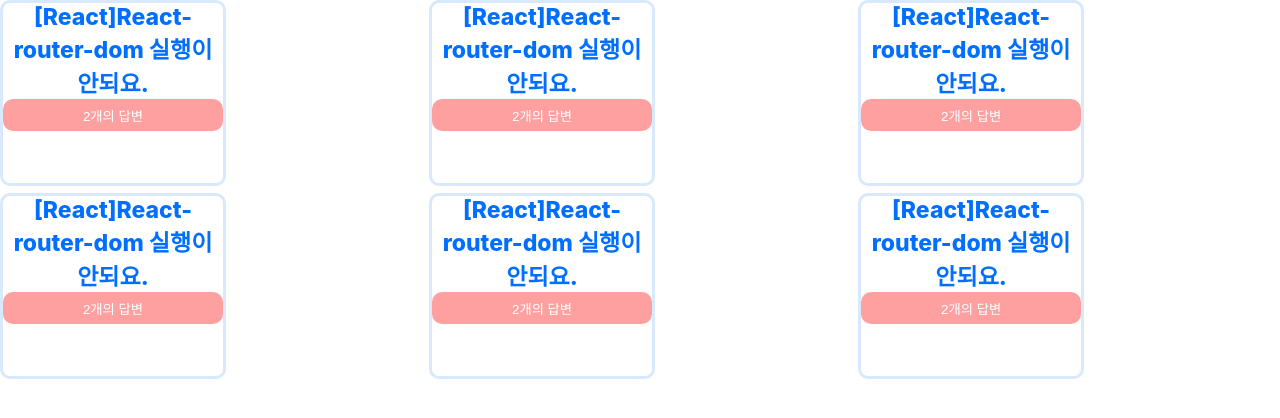
Repository: TeamCosine/Front
Page: /Qna
These files come from the project's save history. The page is drawn as it stood at one moment and after the next save; the edit follows.
The browser window is 1280 px wide. The pictures show the whole page.
The project was rebuilt for these pictures with package versions that can differ from the ones it lists, and the page was loaded fresh each time. Also part of the build but not shown: src/components/home/Card.js, src/pages/Home.js, src/pages/Profile.js, src/pages/Login.js, src/components/MyInfo/Card.js, src/pages/MyInfo.js, src/pages/Write.js, src/pages/Invite.js.

Above is the page before, as saved 2023-07-22 22:57:58.

### src/App.js
import React from 'react';
import './App.css';

import {BrowserRouter, Routes, Route} from 'react-router-dom';
import Home from './pages/Home';
import Profile from './pages/Profile';
import Login from './pages/Login';
import MyInfo from './pages/MyInfo';
import Write from './pages/Write';
import Qna from './pages/Qna';
import Invite from './pages/Invite';


function App() {
  return (
    <BrowserRouter>
    <div className="App">
      <Routes>
        <Route path = "/" element={<Login/>}/>
        <Route path = "/profile" element={<Profile/>}/>
        <Route path = "/myinfo" element = {<MyInfo/>} />
        <Route path = "/Write" element = {<Write/>} />
        <Route path = "/Qna" element={<Qna/>}/>
        <Route path = "/home" element = {< Home/>}/>
        <Route path = "/invite" element={<Invite/>}/>

      </Routes>
    </div>
    </BrowserRouter>
  );
}

export default App;

### src/pages/Qna.js
import React from "react";
import styled from 'styled-components';
import Card from "../components/QNA/Card";
import Title from "../components/common/Title";

const Container = styled.div`

`;
const GridContainer = styled.div`
   display: grid;
   grid-template-columns: repeat(3, 1fr);
   grid-gap:1vh;

`;

const Qna =()=>{
    return (
        <>
          <Title text={"QNA"}/>
          <Container>
            <GridContainer>
            <Card/>
            <Card/>
            <Card/>
            <Card/>
            <Card/>
            <Card/>
            </GridContainer>
          </Container>
        </>
    )
}

export default Qna;

### src/components/QNA/Card.js
import React from "react";
import styled from "styled-components";

const Container = styled.div`
   border-radius: 10px;
   border : 3px solid #d8e8fd;
   background-color: white;
   width : 220px;
   height : 180px;

`;
const Text = styled.div`
   padding-top: ;
   color : #006fff;
   font-size: 23px;
   font-weight: 800;
   flex-shrink: 0;
`;
const Btn = styled.button`
    width : 220px;
    height : 32px;
    background-color: #ffa0a0;
    flex-shrink: 0;
    color : white;
    border-radius: 10px;
    border:none;
`;
const Card =() =>{

    return (
        <>
           <Container>
              <Text>[React]React-router-dom 실행이 안되요.</Text>
              <div>
                <Btn>2개의 답변</Btn>
              </div>

           </Container>
        </>
    )

}

export default Card;

### src/components/common/Title.js
import React from "react";
import styled from 'styled-components';

const Container = styled.button`
  background-color: #E8F1FD;
`;

const Title = ({text}) =>{
    <>
      <Container>
          {text}
      </Container>
    </>

}

export default Title;

Loaded but not shown: public/index.html (common file); src/index.js (common file); src/index.css (common file); src/reportWebVitals.js (common file); src/App.css (common file)

After the next save:
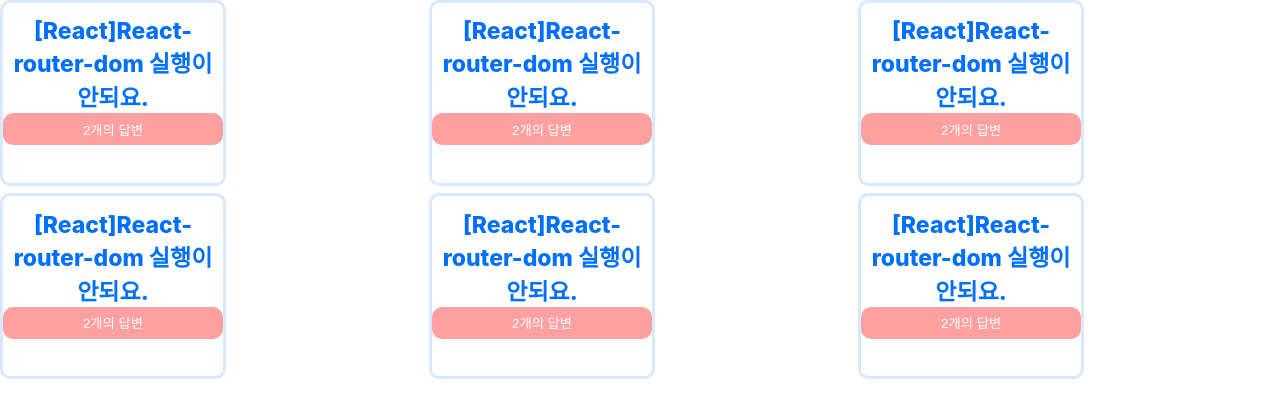
Saved 4 s later.
--- a/src/components/QNA/Card.js
+++ b/src/components/QNA/Card.js
@@ -10,7 +10,7 @@
 
 `;
 const Text = styled.div`
-   padding-top: ;
+   padding-top: 2vh;
    color : #006fff;
    font-size: 23px;
    font-weight: 800;
